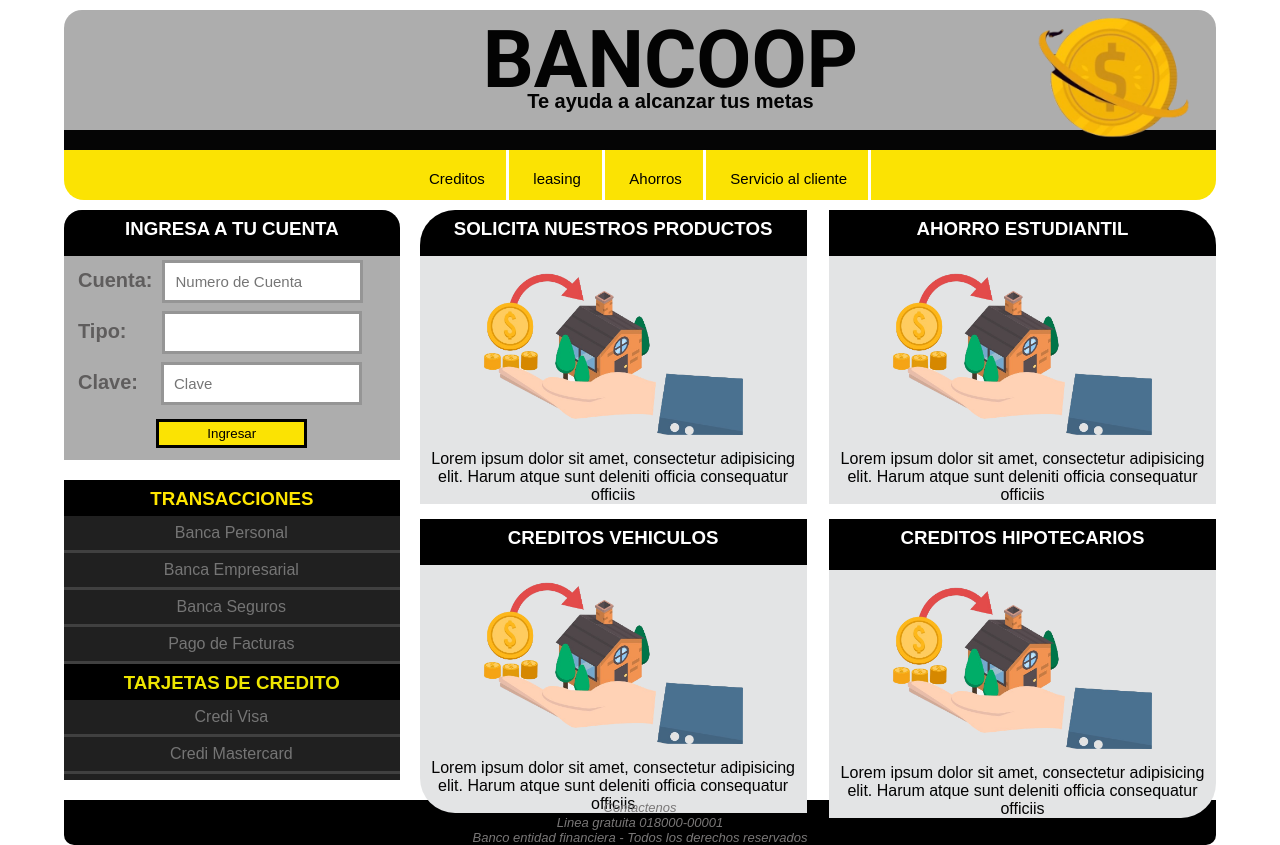
Repository: NickArregoces/BANCOOP
Page: Index.html
These files come from the project's save history. The page is drawn as it stood at one moment and after a run of saves; the edit follows.
The browser window is 1280 px wide. The pictures show the whole page.

Above is the page before, as saved 2021-10-04 18:00:56.

### Index.html
<!DOCTYPE html>
<html lang="en">
<head>
    <meta charset="UTF-8">
    <meta http-equiv="X-UA-Compatible" content="IE=edge">
    <meta name="viewport" content="width=device-width, initial-scale=1.0">
    <title>BANCOOP Home</title>
    <link rel="stylesheet" href="/CSS/Style.css">
    <link href="https://fonts.googleapis.com/css2?family=Roboto:ital,wght@0,100;0,300;0,400;0,500;0,700;0,900;1,100;1,300;1,400;1,500;1,700;1,900&display=swap" rel="stylesheet">

</head>
<body>
    <div id="head">
        <header>
            <div class="image">
                <img src="/Images/logo.png" alt="logo">
            </div>
            <div class="title" >

                <h1>BANCOOP</h1>
                <h3>Te ayuda a alcanzar tus metas</h3>
            </div>

        </header>

        <nav class="barra"></nav>

        <div class="navegador">
            <ul class="menu">
                <li><a href="#">Creditos</a></li>
                <li><a href="#">leasing</a></li>
                <li><a href="#">Ahorros</a></li>
                <li><a href="#">Servicio al cliente</a></li>
            </ul>
        </div>

    </div>
        <div id="Contenido">
            <div class="section">
                <form action="" class="login">
                    <h3 style="color: rgb(255, 255, 255);">INGRESA A TU CUENTA</h3>
                        <div class="cuenta">
                            <h4>Cuenta:<input type="number" placeholder="Numero de Cuenta" required></h4>
                        </div>

                        <div class="tipo">
                            <h4>Tipo:<input type="text" required></h4>
                        </div>

                        <div class="clave">
                            <h4>Clave:<input type="password" placeholder="Clave" required></h4>
                        </div>

                    <div class="center">
                        <button class="sumbit"> Ingresar </button>
                    </div>

                </form>

                <article class="opciones">
                    <h3 style="color: rgb(255, 230, 0);">TRANSACCIONES</h3>
                    <li><a href="#">Banca Personal</a></li>
                    <li><a href="#">Banca Empresarial</a></li>
                    <li><a href="#">Banca Seguros</a></li>
                    <li><a href="#">Pago de Facturas</a></li>

                    <h3 style="color: rgb(238, 230, 0);">TARJETAS DE CREDITO</h3>
                    <li><a href="#">Credi Visa</a></li>
                    <li><a href="#">Credi Mastercard</a></li>
                </article>
            </div>

            <div id="Cuadros">
                <aside>
                    <div class="solicita">
                        <h3 style="color: rgb(255, 255, 255);">SOLICITA NUESTROS PRODUCTOS</h3>

                        <div id="Prueba">
                        <img id="Prubea" src="/Images/Wallpaper(80).jpg" alt="">
                        </div>

                        <p>Lorem ipsum dolor sit amet, consectetur adipisicing elit.
                            Harum atque sunt deleniti officia consequatur officiis</p>
                    </div>

                    <div class="ahorro">
                        <h3 style="color: rgb(255, 255, 255);">AHORRO ESTUDIANTIL</h3>

                        <div id="Prueba">
                        <img id="Prubea" src="/Images/Wallpaper(80).jpg" alt="">
                        </div>

                        <p>Lorem ipsum dolor sit amet, consectetur adipisicing elit.
                            Harum atque sunt deleniti officia consequatur officiis</p>
                    </div>

                    <div class="credito">
                        <h3 style="color: rgb(255, 255, 255);">CREDITOS VEHICULOS</h3>

                        <div id="Prueba">
                        <img id="Prubea" src="/Images/Wallpaper(80).jpg" alt="">
                        </div>

                        <p>Lorem ipsum dolor sit amet, consectetur adipisicing elit.
                            Harum atque sunt deleniti officia consequatur officiis</p>
                    </div>
                    <div class="hipotecario">
                        <h3 style="color: rgb(255, 255, 255);">CREDITOS HIPOTECARIOS</h3>

                        <div id="Prueba">
                        <img id="Prubea" src="/Images/Wallpaper(80).jpg" alt="">
                        </div>

                        <p>Lorem ipsum dolor sit amet, consectetur adipisicing elit.
                            Harum atque sunt deleniti officia consequatur officiis</p>
                    </div>
                </aside>
            </div>

            <div>
                <footer>
                        <p>Contactenos</p>
                        <p>Linea gratuita 018000-00001</p>
                        <p>Banco entidad financiera
                        - Todos los derechos reservados</p>
                </footer>
            </div>
        </div>

</body>
</html>

### CSS/Style.css

*{
    margin: 0 auto;
    padding: 0px;
    list-style:none
}
body{
    font-family: Arial, Helvetica, sans-serif;
    background: rgb(255, 255, 255);
    width: 90%;
    color: rgb(3, 3, 3);
}
header{
    width: 100%;
    margin-top: 10px;
    background: rgb(173, 173, 173);
    border-top-left-radius:  18px;
    border-top-right-radius:  18px;
    height: 120px;
}
    img{
        float: right;
        width: 200px;
    }
    .title{
        float: right;
        width: 60%;
        margin-top: 20px;
    }
    header h1{
        font-family: 'Roboto', sans-serif;
        font-size: 80px;
        text-align: center;
        line-height: 60px;
        display: block;
    }
    header h3{
        font-size: 20px;
        text-align: center;
    }

nav.barra{
    background: rgb(5, 5, 5);
    height: 20px;
}
div.navegador{
    text-align: center;
}

    ul.menu{
        border-bottom-left-radius: 20px 20px;
        border-bottom-right-radius: 20px 20px;
        background: rgb(251, 227, 3);
        height: 50px;
        list-style: none;
        padding: 0;
        max-width: 10000px;
    }
    .menu li a{
        height: 10px;
        font-size: 15px;
        margin-right: 1px;
        text-decoration: none;
        color:black;
        padding: 20px;
        display: inline-block;
    }
    .menu li {
        border-right: solid white;
        display: inline-block;
        }
    .menu li a:hover{
        background: #242323b6;
        color: white;
        }

.section{
    width: 30%;
    float: left;

}
    form{
        background: rgb(173, 173, 173);
        border-top-left-radius: 18px;
        border-top-right-radius: 18px;
        margin-top: 10px;
        margin-right:10px;
        margin-bottom: 10px;
        height: 250px;
    }
        form h3{
            text-align: center;
            background: black;
            height: 30px;
            padding: 8px;
            border-top-left-radius: 18px;
            border-top-right-radius: 18px;
        }
        form h4{
            font-size: 20px;
            padding: 4px;
            margin-left: 10px;
            color: rgb(95, 93, 93);

        }
        form input{
            font-size: 15px;
            width: 55%;
            padding: 10px;
            display: inline;
            border: solid rgb(149, 149, 149);
            margin-left: 10px;
        }
        div.clave input {
            margin-left: 23px;
        }

        div.tipo input {
            margin-left: 35px;
        }

        div.center{
            margin-top: 10px;
            margin: auto;
            text-align: center;
            width: 50%;
            cursor: pointer;
        }
        button{
            margin-top: 10px;
            width: 90%;
            padding: 4px;
            background: rgb(251, 227, 3);
            border: solid black;
            cursor: pointer;
        }
        button:hover{
            background: #242323b6;
            color: rgb(251, 227, 3);
        }

    article {
        height: 300px;
        background: rgb(32, 32, 32);
        margin-top: 20px;
        margin-right:10px;
        margin-bottom: 10px;
    }
        article h3{
            text-align: center;
            padding: 8px;
            height: 20px;
            background: black;
        }
        .opciones li a{
            margin-right: 1px;
            text-align: center;
            text-decoration: none;
            color:rgb(117, 117, 117);
            padding: 8px;
            display: inline-block;
        }
        .opciones li {
            border-bottom: solid rgba(68, 68, 68, 0.897);
            text-align: center;
            display:inline-flexbox;
            }
        .opciones li a:hover{
            background: #242323b6;
            color: rgb(251, 227, 3);
            }

aside{
    width: 70%;
    height: 580px;
    margin-top: 10px;
    float: right;
    margin-bottom: 10px;
}
    div.solicita{
        width: 48%;
        float: left;
        border-top-left-radius: 35px;
        margin-left: 10px;
        background: #e3e4e5;
        text-align:center;

    }
        #Prueba{
            display: flex;
            align-items: center;
            justify-content: center;
        }
        div.solicita img {
            width: 260px;
            margin-top: 15px;
            margin-bottom: 15px;
        }
        div.solicita h3{
            text-align: center;
            background: black;
            height: 30px;
            padding: 8px;
            border-top-left-radius: 35px;
        }
        div.solicita p{
            display: inline-block;
            text-align: center;
        }

    div.ahorro {
        width: 48%;
        float: right;
        border-top-right-radius: 35px;
        margin-left: 10px;
        background: #e3e4e5;
     }
        div.ahorro img {
            width: 260px;
            margin-top: 15px;
            margin-bottom: 15px;
        }
        div.ahorro h3{
            text-align: center;
            background: black;
            height: 30px;
            padding: 8px;
            border-top-right-radius: 35px;
        }
        div.ahorro p{
            display: inline-block;
            text-align: center;
        }

    div.credito {
        width: 48%;
        float: left;
        margin-top: 15px;
        border-bottom-left-radius: 35px;
        margin-left: 10px;
        background: #e3e4e5;
    }
        div.credito img {
            width: 260px;
            margin-top: 15px;
            margin-bottom: 15px;
            }
            div.credito h3{
                text-align: center;
                background: black;
                height: 30px;
                padding: 8px;
            }
            div.credito p{
                display: inline-block;
                text-align: center;
            }

    div.hipotecario {
        width: 48%;
        float: right;
        border-top-right-radius: 35px;
        border-bottom-right-radius: 35px;
        margin-top: 15px;
        background: #e3e4e5;
        }
            div.hipotecario img {
                width: 260px;
                margin-top: 15px;
                margin-bottom: 15px;
            }
            div.hipotecario h3{
                text-align: center;
                background: black;
                height: 35px;
                padding: 8px;
            }
            div.hipotecario p{
                display: inline-block;
                text-align: center;
            }

footer{
    background: black;
    clear: both;
    border-bottom-left-radius: 10px;
    border-bottom-right-radius: 10px;
}
    footer p{
        font-size: 13px;
        text-align: center;
        line-height: 15px;
        color: rgb(121, 119, 119);
        font-style:italic;
    }

After the next 4 saves:
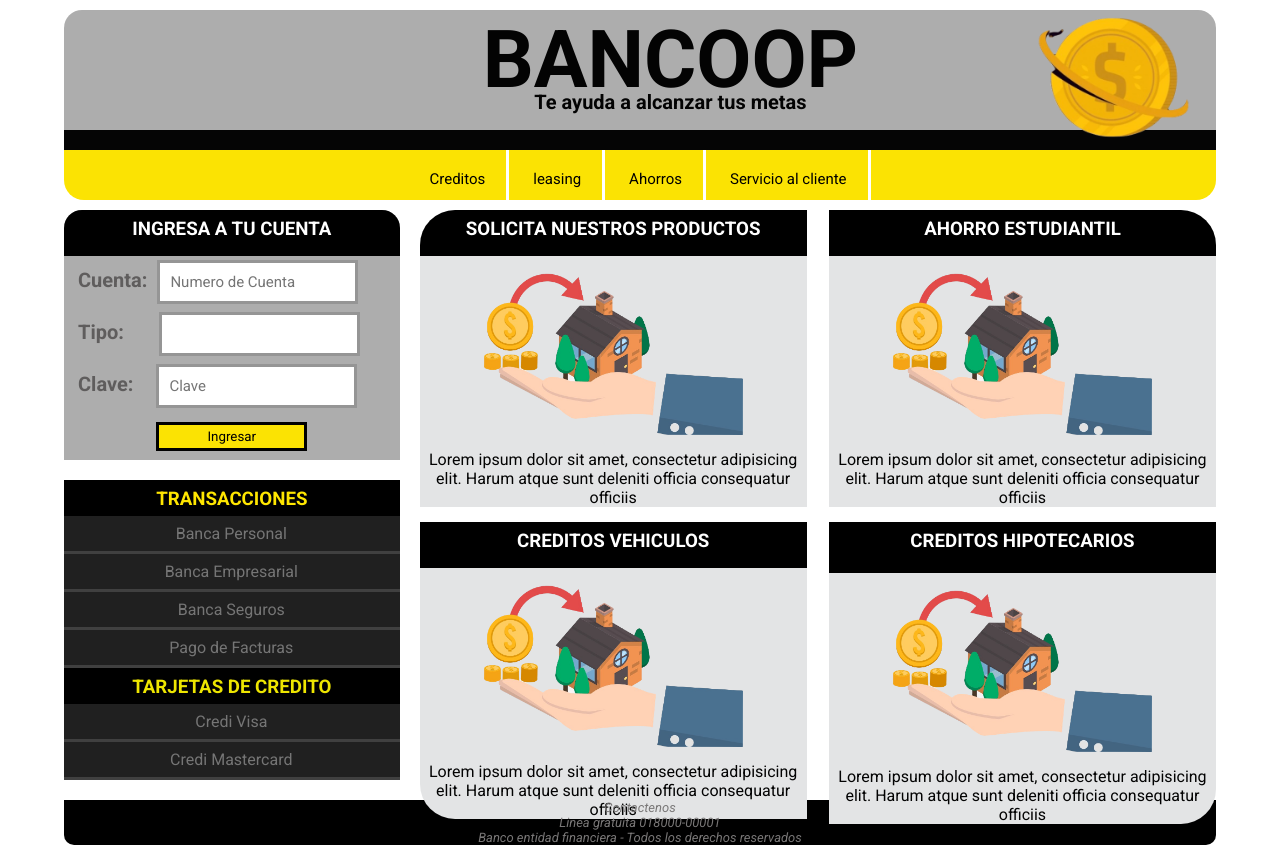
The 4 saves are shown as one change because they came seconds apart.
The last was saved 40 s later.
--- a/CSS/Style.css
+++ b/CSS/Style.css
@@ -2,7 +2,8 @@
 *{
     margin: 0 auto;
     padding: 0px;
-    list-style:none
+    list-style:none;
+    font-family: 'Roboto', sans-serif;
 }
 body{
     font-family: Arial, Helvetica, sans-serif;
@@ -28,7 +29,6 @@ header{
         margin-top: 20px;
     }
     header h1{
-        font-family: 'Roboto', sans-serif;
         font-size: 80px;
         text-align: center;
         line-height: 60px;
